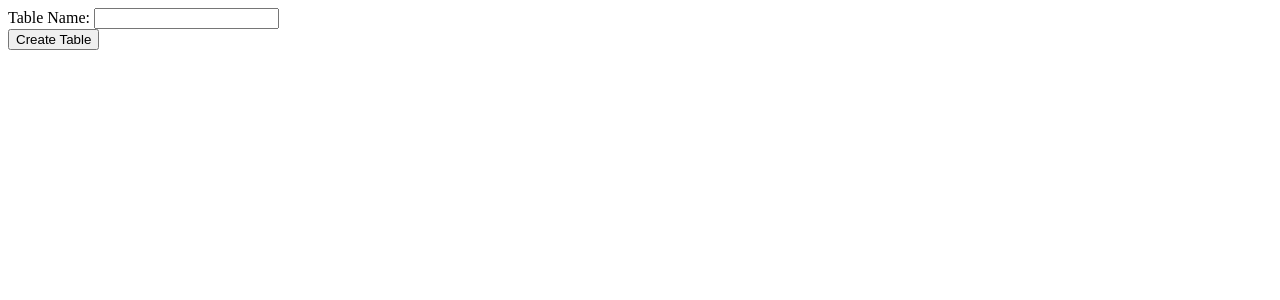
Repository: shubhamsingh331/Learners_Academy
Page: http://localhost/multipletables/test.jsp
These files come from the project's save history. The page is drawn as it stood at one moment and after the next save; the edit follows.
The browser window is 1280 px wide. The pictures show the whole page.
The page is served by Tomcat 9. Other server files are loaded and not shown.

Above is the page before, as saved 2023-10-10 14:21:54.

### multipletables/src/main/webapp/test.jsp
<%@ page language="java" contentType="text/html; charset=ISO-8859-1"
    pageEncoding="ISO-8859-1"%>
<!DOCTYPE html>
<html>
<head>
<meta charset="ISO-8859-1">
<title>Insert title here</title>
</head>
<body>
<form action="test2.jsp" method="post">
    Table Name: <input type="text" name="tablename"><br>
    <input type="submit" value="Create Table">
</form>
</body>
</html>

After the next save:
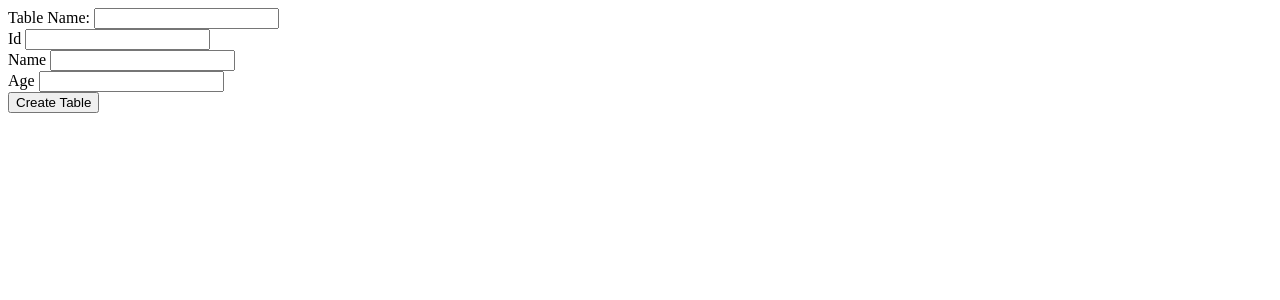
Saved 78 s later.
--- a/multipletables/src/main/webapp/test.jsp
+++ b/multipletables/src/main/webapp/test.jsp
@@ -9,6 +9,9 @@
 <body>
 <form action="test2.jsp" method="post">
     Table Name: <input type="text" name="tablename"><br>
+    Id <input type="text" name="idname"><br>
+    Name <input type="text" name="name"><br>
+    Age <input type="text" name="age"><br>
     <input type="submit" value="Create Table">
 </form>
 </body>
